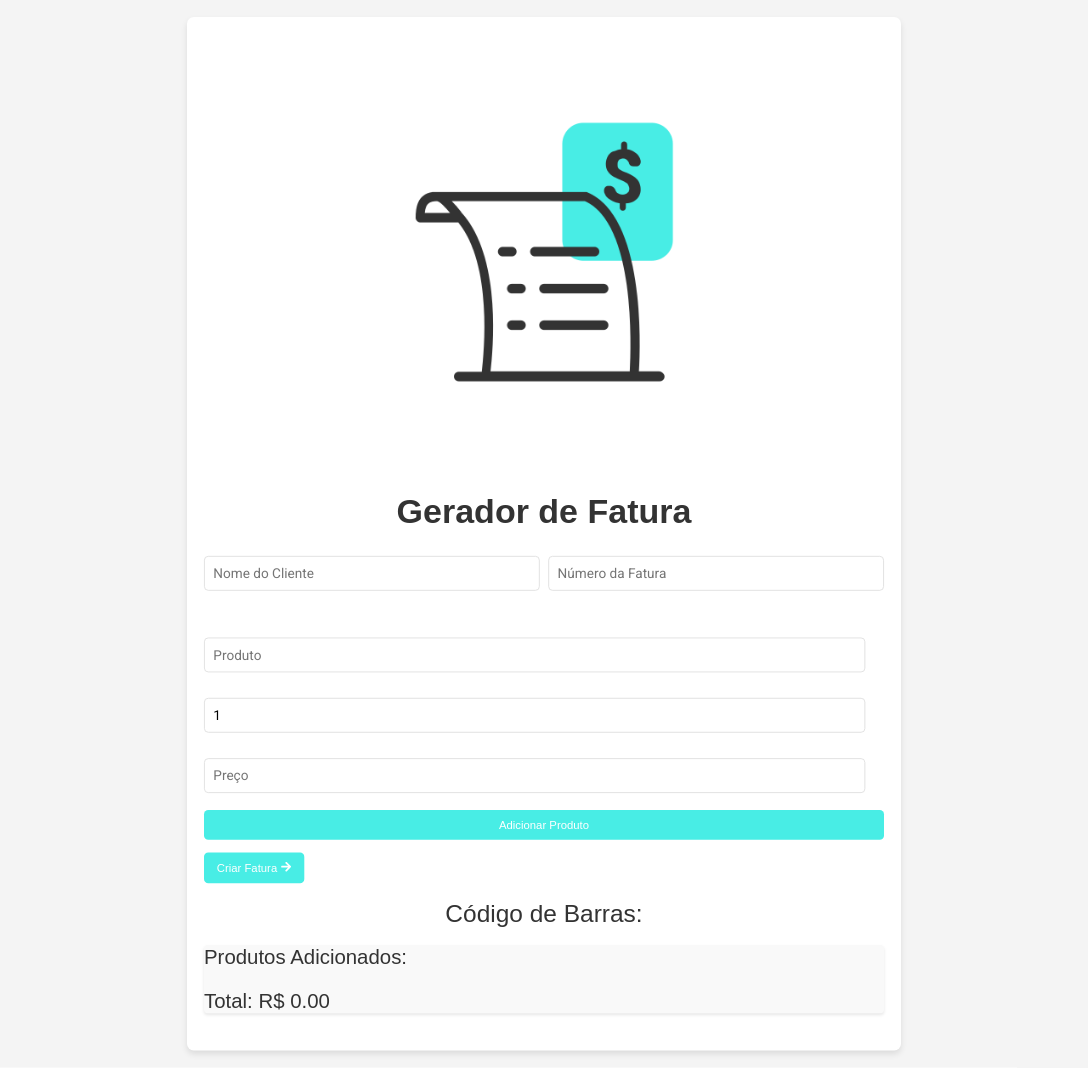
Repository: devthmedu/Invoice-Generator
Page: /
An editor plug-in stored every save of this project. The page is shown before and after the next save, followed by the edit.
The browser window is 1280 px wide. The pictures show the whole page, at 85% of full size.
The project was rebuilt for these pictures with package versions that can differ from the ones it lists, and the page was loaded fresh each time. Also part of the build but not shown: vite.config.js, src/Componete/Template.jsx.

Above is the page before, as saved 2024-07-16 22:40:23.

### index.html
<!DOCTYPE html>
<html lang="pt-BR">

<head>
  <meta charset="UTF-8" />
  <meta name="viewport" content="width=device-width, initial-scale=1.0" />
  <meta name="description" content="Gere sua fatura de forma simples e rápida com nosso gerador de faturas em React." />
  <meta name="keywords" content="fatura, gerador de faturas, React, financeiro" />
  <meta name="author" content="Thomas Eduardo" />
  <link rel="stylesheet" href="./src/App.css">
  <link rel="icon" href="./public/logo.png" />
  <title>Gere sua Fatura</title>
</head>


<body>
  <div id="root"></div>
  <script type="module" src="./src/main.jsx"></script>
</body>

</html>

### src/App.css
/* Global Styles */
body {
  font-family: 'Arial', sans-serif;
  background-color: #f4f4f4;
  margin: 0;
  padding: 0;
}

.container {
  max-width: 800px;
  margin: 20px auto;
  padding: 20px;
  background: #ffffff;
  border-radius: 8px;
  box-shadow: 0 4px 8px rgba(0, 0, 0, 0.1);
}

.logo {
  display: block;
  margin: 0 auto 20px;
  max-width: 100%;
  height: auto;
}

.title {
  text-align: center;
  color: #333;
  margin-bottom: 20px;
}

/* Form Styles */
.form {
  display: flex;
  flex-direction: column;
  gap: 15px;
}

.inputs {
  display: flex;
  gap: 10px;
  flex-wrap: wrap; /* Allow wrapping */
}

.input-field {
  flex: 1;
  padding: 10px;
  border: 1px solid #ccc;
  border-radius: 4px;
  font-size: 16px;
  min-width: 200px; /* Minimum width for inputs */
  box-sizing: border-box; /* Include padding and border in width */
}

.submit-button {
  padding: 10px 15px;
  background-color: #48ede5;
  color: #fff;
  border: none;
  border-radius: 5px;
  cursor: pointer;
  transition: background-color 0.3s;
}

.submit-button:hover {
  background-color: #36b8c2;
}

.product-form {
  margin-top: 20px;
  display: flex;
  flex-direction: column;
  gap: 10px;
}

.product-form input {
  padding: 10px;
  border: 1px solid #ccc;
  border-radius: 4px;
  width: 100%; /* Full width for product inputs */
  box-sizing: border-box; /* Include padding and border in width */
}

/* Product List Styles */
.product-list {
  margin-top: 20px;
  padding: 10px;
  background: #f9f9f9;
  border-radius: 4px;
  box-shadow: 0 2px 4px rgba(0, 0, 0, 0.1);
}

.product-list ul {
  list-style-type: none;
  padding: 0;
}

.product-list li {
  padding: 8px 0;
  border-bottom: 1px solid #ddd;
}

.product-list li:last-child {
  border-bottom: none;
}

/* Barcode and PDF Container Styles */
.barcode-container {
  margin-top: 20px;
  text-align: center;
}


/* Button Styles */
.back-button {
  margin-top: 20px;
  padding: 10px 15px;
  background-color: #ff6b6b;
  color: white;
  border: none;
  border-radius: 5px;
  cursor: pointer;
  transition: background-color 0.3s;
}

.back-button:hover {
  background-color: #e55b5b;
}

/* Media Queries */
@media (max-width: 600px) {
  .inputs {
    flex-direction: column;
  }

  .input-field {
    margin-bottom: 10px;
    width: 100%; /* Full width on small screens */
  }

  .product-list, .pdf-container {
    padding: 15px; /* Less padding for smaller screens */
  }

  .submit-button {
    width: 100%; /* Full width for the button */
  }

  .back-button {
    width: 100%; /* Full width for the back button */
  }
}

@media (max-width: 400px) {
  .submit-button, .back-button {
    padding: 8px; /* Smaller padding on extra small screens */
  }

  .title {
    font-size: 1.5em; /* Adjust font size for smaller screens */
  }
}

### src/main.jsx
import React from 'react';
import ReactDOM from 'react-dom/client';
import App from './App';
import 'react-toastify/dist/ReactToastify.css';
import { ToastContainer } from 'react-toastify';


const root = ReactDOM.createRoot(document.getElementById('root'));


root.render(
  <React.StrictMode>
    <ToastContainer />
    <App />
  </React.StrictMode>,
);

### src/App.jsx
import React, { useState, useEffect } from 'react';
import './App.css';
import TemplatePdf from './Componete/Template';
import Barcode from 'react-barcode';
import { FaArrowRight, FaArrowLeft, FaEdit, FaTrash } from 'react-icons/fa';
import { toast, ToastContainer } from 'react-toastify';
import logo from '/logo.png';

function App() {
  const [numeroDaFatura, setNumeroDaFatura] = useState('');
  const [nomeCliente, setNomeCliente] = useState('');
  const [data, setData] = useState('');
  const [visualizar, setVisualizar] = useState(true);
  const [loading, setLoading] = useState(false);
  const [produtos, setProdutos] = useState([]);
  const [produto, setProduto] = useState('');
  const [quantidade, setQuantidade] = useState(1);
  const [preco, setPreco] = useState('');
  const [editIndex, setEditIndex] = useState(null);

  useEffect(() => {
    const atual = new Date();
    const dataFormatada = `${String(atual.getDate()).padStart(2, '0')}/${String(
      atual.getMonth() + 1,
    ).padStart(2, '0')}/${atual.getFullYear()}`;
    setData(dataFormatada);

    const storedData = JSON.parse(localStorage.getItem('invoiceData'));
    if (storedData) {
      setNumeroDaFatura(storedData.numeroDaFatura);
      setNomeCliente(storedData.nomeCliente);
      setProdutos(storedData.produtos);
    }
  }, []);

  useEffect(() => {
    localStorage.setItem(
      'invoiceData',
      JSON.stringify({ numeroDaFatura, nomeCliente, produtos }),
    );
  }, [numeroDaFatura, nomeCliente, produtos]);

  const validarEntrada = () => {
    if (!numeroDaFatura.match(/^[0-9]+$/)) {
      toast.error('Por favor, insira um número de fatura válido.');
      return false;
    }
    if (!nomeCliente) {
      toast.error('Por favor, insira o nome do cliente.');
      return false;
    }
    return true;
  };

  const criarFatura = () => {
    if (!validarEntrada()) return;

    setLoading(true);
    setTimeout(() => {
      toast.success('Fatura criada com sucesso!');
      setLoading(false);
      setVisualizar(false);
    }, 500);
  };

  const validarEntradaProduto = () => {
    if (!produto) {
      toast.error('Por favor, insira o nome do produto.');
      return false;
    }
    if (quantidade <= 0) {
      toast.error('Quantidade deve ser maior que zero.');
      return false;
    }
    if (preco <= 0) {
      toast.error('Preço deve ser maior que zero.');
      return false;
    }
    return true;
  };

  const adicionarProduto = () => {
    if (validarEntradaProduto()) {
      const newProduto = {
        produto,
        quantidade: Number(quantidade),
        preco: Number(preco),
      };
      if (editIndex !== null) {
        const updatedProdutos = produtos.map((item, index) =>
          index === editIndex ? newProduto : item,
        );
        setProdutos(updatedProdutos);
        setEditIndex(null);
        toast.success('Produto atualizado com sucesso!');
      } else {
        setProdutos((prevProdutos) => [...prevProdutos, newProduto]);
        toast.success('Produto adicionado com sucesso!');
      }
      resetProdutoFields();
    }
  };

  const editarProduto = (index) => {
    const produtoEditado = produtos[index];
    setProduto(produtoEditado.produto);
    setQuantidade(produtoEditado.quantidade);
    setPreco(produtoEditado.preco);
    setEditIndex(index);
  };

  const removerProduto = (index) => {
    setProdutos(produtos.filter((_, i) => i !== index));
    toast.success('Produto removido com sucesso!');
  };

  const resetProdutoFields = () => {
    setProduto('');
    setQuantidade(1);
    setPreco('');
  };

  const totalFatura = produtos.reduce(
    (acc, curr) => acc + curr.quantidade * curr.preco,
    0,
  );

  const voltar = () => {
    setVisualizar(true);
    resetForm();
  };

  const resetForm = () => {
    setNumeroDaFatura('');
    setNomeCliente('');
    setProdutos([]);
    localStorage.removeItem('invoiceData');
  };

  return (
    <>
      <ToastContainer />
      {visualizar ? (
        <div className="container">
          <img src={logo} alt="Logo" className="logo" />
          <h1 className="title">Gerador de Fatura</h1>
          <div className="form">
            <div className="inputs">
              <input
                type="text"
                placeholder="Nome do Cliente"
                value={nomeCliente}
                onChange={(e) => setNomeCliente(e.target.value)}
                disabled={loading}
                className="input-field"
                required
              />
              <input
                type="text"
                placeholder="Número da Fatura"
                value={numeroDaFatura}
                onChange={(e) => setNumeroDaFatura(e.target.value)}
                disabled={loading}
                className="input-field"
                required
              />
            </div>
            <div className="product-form">
              <input
                type="text"
                placeholder="Produto"
                value={produto}
                onChange={(e) => setProduto(e.target.value)}
                className="input-field"
              />
              <input
                type="number"
                placeholder="Quantidade"
                value={quantidade}
                onChange={(e) => setQuantidade(e.target.value)}
                className="input-field"
                min="1"
              />
              <input
                type="number"
                placeholder="Preço"
                value={preco}
                onChange={(e) => setPreco(e.target.value)}
                className="input-field"
                min="0"
              />
              <button onClick={adicionarProduto} className="submit-button">
                {editIndex !== null ? 'Atualizar Produto' : 'Adicionar Produto'}
              </button>
            </div>
            <div className="buttons">
              <button
                onClick={criarFatura}
                disabled={loading}
                className="submit-button"
                title={
                  loading
                    ? 'Aguarde enquanto a fatura é criada'
                    : 'Criar fatura'
                }
              >
                {loading ? 'Criando...' : 'Criar Fatura'} <FaArrowRight />
              </button>
            </div>
          </div>
          <div className="barcode-container">
            <h2>Código de Barras:</h2>
            {numeroDaFatura && <Barcode value={numeroDaFatura} />}
          </div>
          <div className="product-list">
            <h3>Produtos Adicionados:</h3>
            <ul>
              {produtos.map((item, index) => (
                <li key={index}>
                  {item.quantidade} x {item.produto} @ R${' '}
                  {item.preco.toFixed(2)} = R${' '}
                  {(item.quantidade * item.preco).toFixed(2)}
                  <button onClick={() => editarProduto(index)}>
                    <FaEdit />
                  </button>
                  <button onClick={() => removerProduto(index)}>
                    <FaTrash />
                  </button>
                </li>
              ))}
            </ul>
            <h3>Total: R$ {totalFatura.toFixed(2)}</h3>
          </div>
        </div>
      ) : (
        <div className="pdf-container">
          <TemplatePdf
            NumeroDaFatura={numeroDaFatura}
            data={data}
            nomeCliente={nomeCliente}
            produtos={produtos}
            total={totalFatura}
          />
          <button onClick={voltar} className="back-button">
            Voltar <FaArrowLeft />
          </button>
        </div>
      )}
    </>
  );
}

export default App;

### src/Componete/Template.css
/* Template.css */

/* Import Roboto font from Google Fonts */
@import url('https://fonts.googleapis.com/css2?family=Roboto:wght@400;500;700&display=swap');

.pdf-container {
  max-width: 900px;
  margin: 40px auto;
  padding: 30px;
  border-radius: 10px;
  box-shadow: 0 4px 20px rgba(0, 0, 0, 0.1);
  background-color: #ffffff; /* White background for the main container */
  font-family: 'Roboto', sans-serif; /* Use Roboto font */
  color: #333;
  text-align: center;
}

.pdf-logo {
  max-width: 150px; /* Logo size */
  margin: 0 auto 20px; /* Center logo */
}


h1 {
  font-size: 2.5em;
  margin-bottom: 20px;
  color: #48ede5;
  font-weight: 700; /* Bold */
}

h2 {
  font-size: 1.8em;
  margin-top: 20px;
  margin-bottom: 10px;
  color: #333;
  font-weight: 500; /* Medium */
}

h3 {
  font-size: 1.5em;
  margin-top: 15px;
  color: #333;
  font-weight: 500; /* Medium */
}

.product-list {
  list-style-type: none;
  padding: 0;
}

.product-list li {
  display: flex;
  justify-content: space-between;
  align-items: center;
  padding: 15px;
  border: 1px solid #ddd; /* Light border for items */
  border-radius: 8px;
  background-color: #f9f9f9; /* Light background for items */
  margin-bottom: 10px;
  transition: background-color 0.3s;
}

.product-list li:hover {
  background-color: #f1f1f1; /* Hover effect */
}

.product-list li span {
  flex-grow: 1;
  font-weight: 700; /* Bold for product text */
}

button {
  background-color: #48ede5; /* Primary button color */
  color: white;
  border: none;
  border-radius: 5px;
  padding: 8px 12px;
  cursor: pointer;
  transition: background-color 0.3s, transform 0.3s;
}

button:hover {
  background-color: #36b2c0; /* Darker shade on hover */
}

.add-product-button {
  background-color: #28a745; /* Success color */
}

.add-product-button:hover {
  background-color: #218838;
}

.print-button {
  background-color: #ffc107; /* Warning color */
}

.print-button:hover {
  background-color: #e0a800;
}

input[type="text"],
input[type="number"] {
  width: calc(100% - 22px);
  padding: 10px;
  margin: 10px 0;
  border: 1px solid #ddd;
  border-radius: 5px;
  box-sizing: border-box;
  font-family: 'Roboto', sans-serif; /* Use Roboto font for inputs */
}

input[type="text"]:focus,
input[type="number"]:focus {
  border-color: #48ede5; /* Highlight color */
  outline: none;
}

.dialog-title {
  display: flex;
  justify-content: space-between;
  align-items: center;
}

.icon-close {
  cursor: pointer;
  color: #e74c3c; /* Error color */
}

.icon-close:hover {
  opacity: 0.8;
}

/* Media Queries */
@media (max-width: 600px) {
  .pdf-container {
    padding: 20px;
  }

  h1 {
    font-size: 2em;
  }

  h2 {
    font-size: 1.5em;
  }

  button {
    width: 100%;
    margin: 5px 0;
  }
}

After the next save:
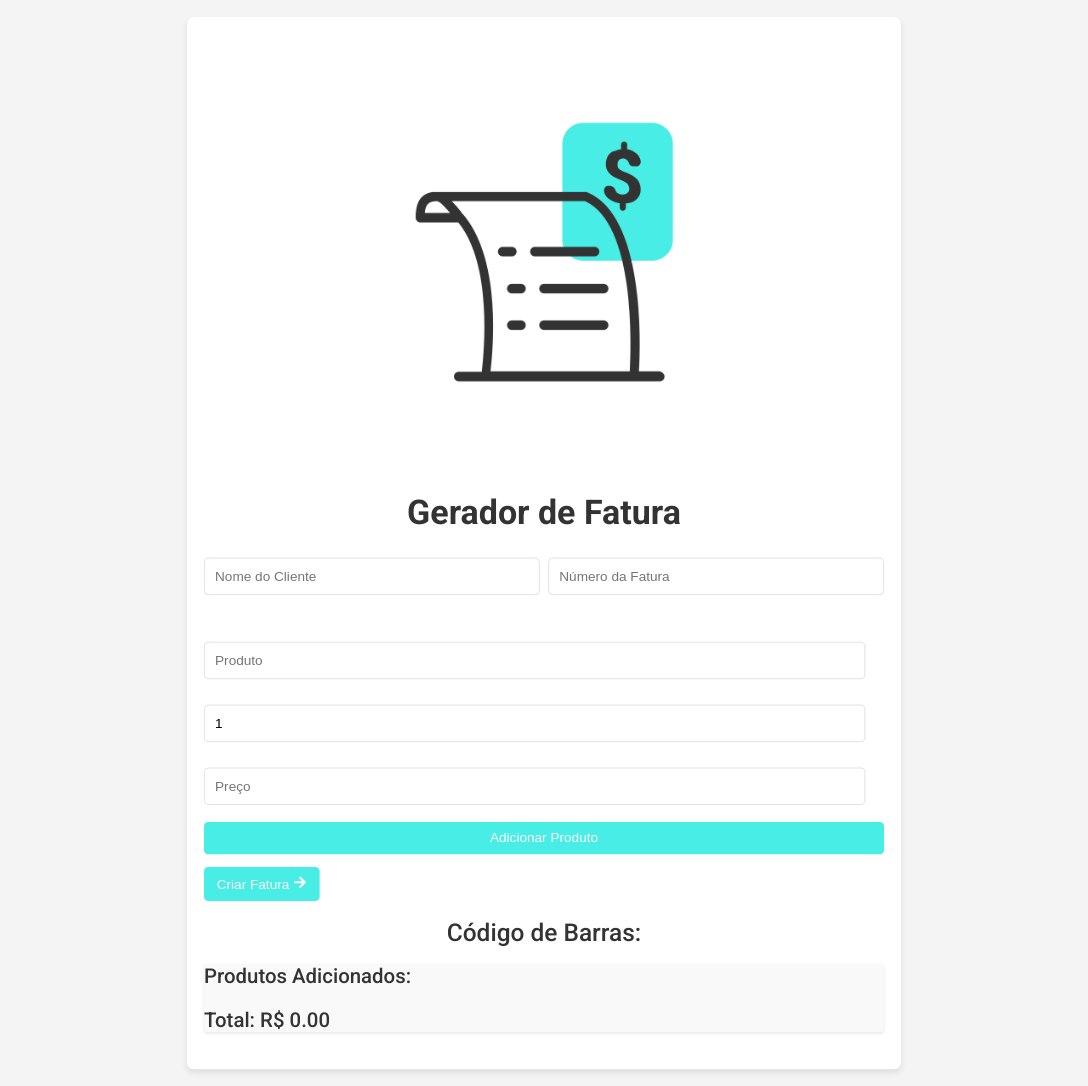
Saved 62 s later.
--- a/src/Componete/Template.css
+++ b/src/Componete/Template.css
@@ -1,7 +1,11 @@
-/* Template.css */
-
 /* Import Roboto font from Google Fonts */
 @import url('https://fonts.googleapis.com/css2?family=Roboto:wght@400;500;700&display=swap');
+
+body {
+  margin: 0;
+  font-family: 'Roboto', sans-serif;
+  background-color: #f4f4f4; /* Light background for the entire page */
+}
 
 .pdf-container {
   max-width: 900px;
@@ -10,7 +14,6 @@
   border-radius: 10px;
   box-shadow: 0 4px 20px rgba(0, 0, 0, 0.1);
   background-color: #ffffff; /* White background for the main container */
-  font-family: 'Roboto', sans-serif; /* Use Roboto font */
   color: #333;
   text-align: center;
 }
@@ -19,7 +22,6 @@
   max-width: 150px; /* Logo size */
   margin: 0 auto 20px; /* Center logo */
 }
-
 
 h1 {
   font-size: 2.5em;
@@ -46,6 +48,7 @@ h3 {
 .product-list {
   list-style-type: none;
   padding: 0;
+  margin: 20px 0; /* Added margin for spacing */
 }
 
 .product-list li {
@@ -57,16 +60,17 @@ h3 {
   border-radius: 8px;
   background-color: #f9f9f9; /* Light background for items */
   margin-bottom: 10px;
-  transition: background-color 0.3s;
+  transition: background-color 0.3s, transform 0.2s; /* Added transform for hover */
 }
 
 .product-list li:hover {
   background-color: #f1f1f1; /* Hover effect */
+  transform: scale(1.01); /* Subtle scale effect */
 }
 
 .product-list li span {
   flex-grow: 1;
-  font-weight: 700; /* Bold for product text */
+  font-weight: 500; /* Medium for product text */
 }
 
 button {
@@ -74,13 +78,15 @@ button {
   color: white;
   border: none;
   border-radius: 5px;
-  padding: 8px 12px;
+  padding: 10px 16px; /* Increased padding */
   cursor: pointer;
-  transition: background-color 0.3s, transform 0.3s;
+  font-size: 1em; /* Consistent font size */
+  transition: background-color 0.3s, transform 0.2s; /* Smooth transitions */
 }
 
 button:hover {
   background-color: #36b2c0; /* Darker shade on hover */
+  transform: translateY(-2px); /* Lift effect */
 }
 
 .add-product-button {
@@ -102,24 +108,25 @@ button:hover {
 input[type="text"],
 input[type="number"] {
   width: calc(100% - 22px);
-  padding: 10px;
+  padding: 12px; /* Increased padding for better usability */
   margin: 10px 0;
   border: 1px solid #ddd;
   border-radius: 5px;
   box-sizing: border-box;
-  font-family: 'Roboto', sans-serif; /* Use Roboto font for inputs */
 }
 
 input[type="text"]:focus,
 input[type="number"]:focus {
   border-color: #48ede5; /* Highlight color */
   outline: none;
+  box-shadow: 0 0 5px rgba(72, 237, 229, 0.5); /* Subtle glow */
 }
 
 .dialog-title {
   display: flex;
   justify-content: space-between;
   align-items: center;
+  font-weight: 500; /* Medium weight for title */
 }
 
 .icon-close {
